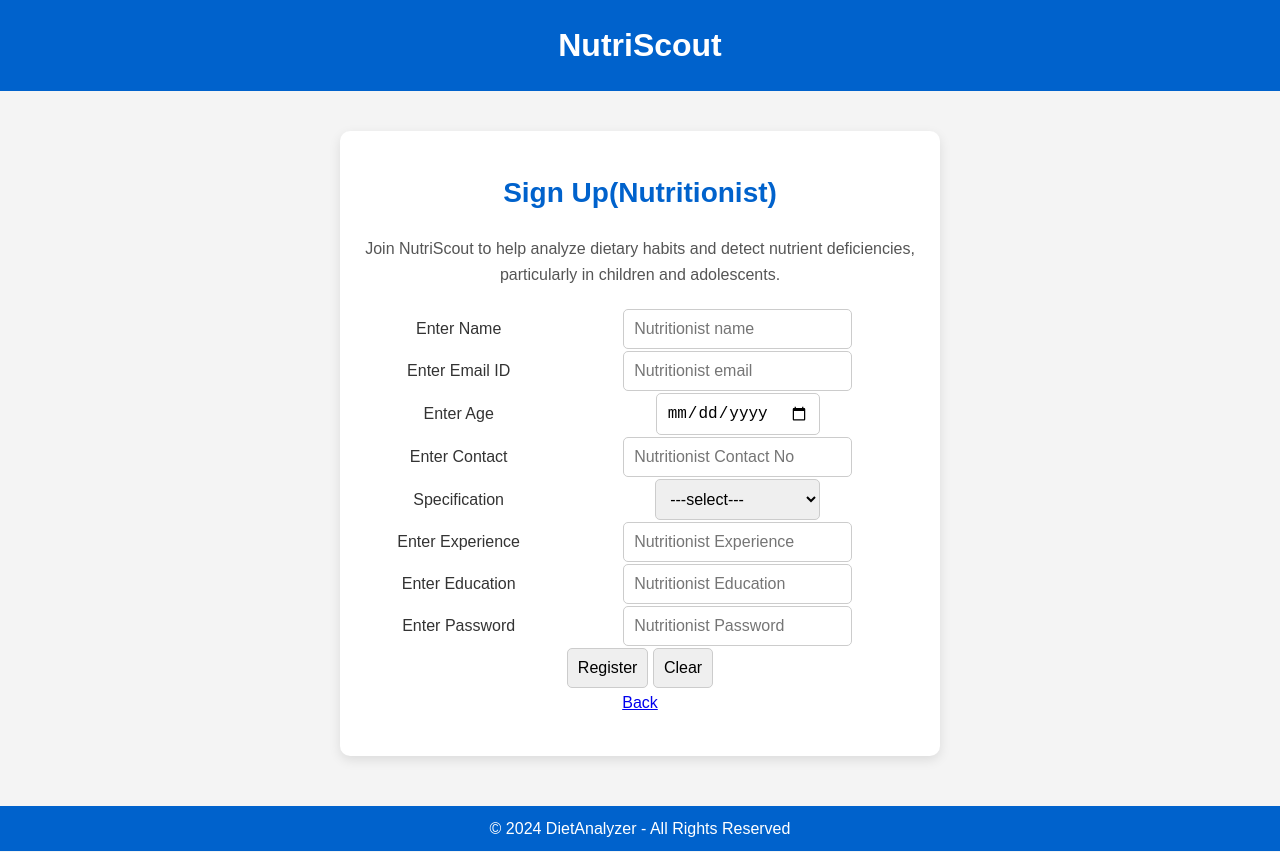
Repository: chaitanyasivathmika/NutrientDiet
Page: http://localhost/NutrientDiet/nusignup.jsp
An editor plug-in stored every save of this project. The page is shown before and after the next save, followed by the edit.
The browser window is 1280 px wide. The pictures show the whole page.
The page is served by Tomcat 10.

Above is the page before, as saved 2024-11-16 16:31:53.

After the next save:
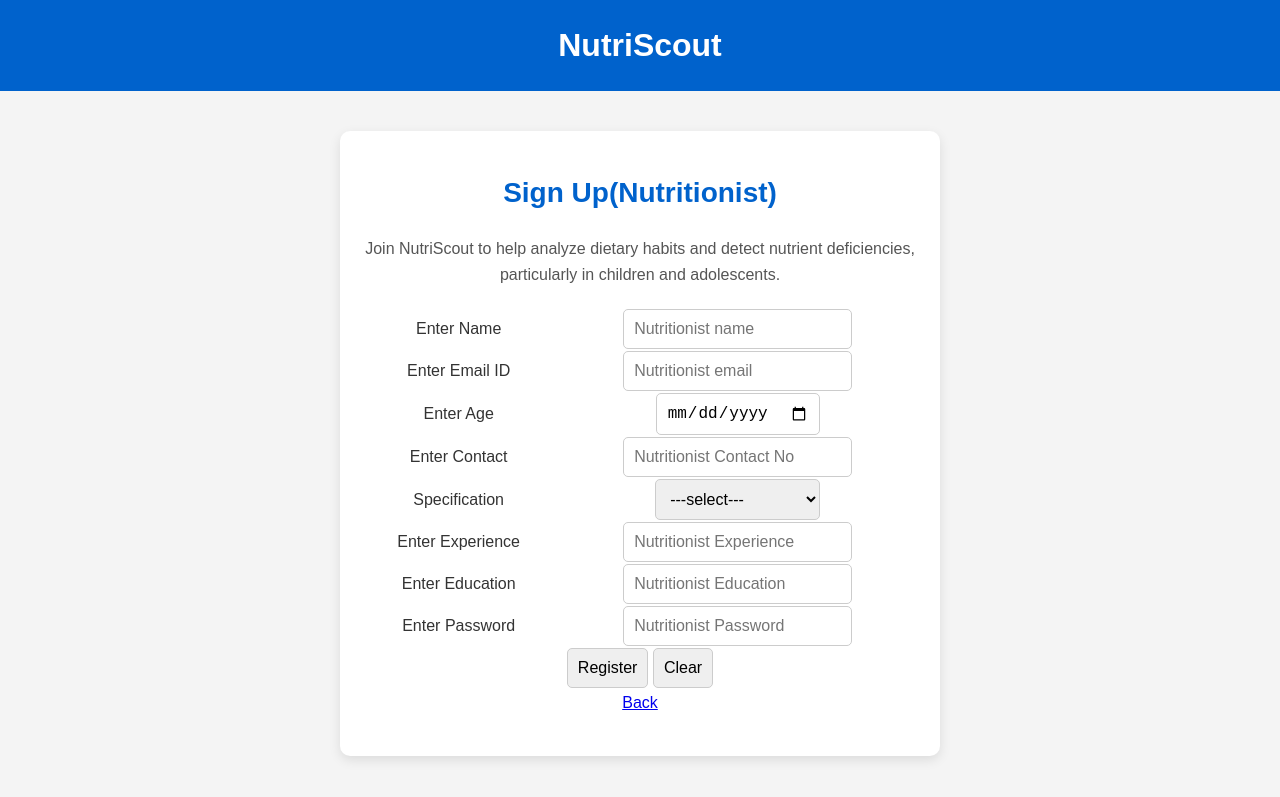
Saved 13 s later.
--- a/NutrientDiet/src/main/webapp/nusignup.jsp
+++ b/NutrientDiet/src/main/webapp/nusignup.jsp
@@ -196,9 +196,5 @@ footer {
             <a href="/">Back</a>
         </section>
     </main>
-
-    <footer>
-        <p>© 2024 DietAnalyzer - All Rights Reserved</p>
-    </footer>
 </body>
 </html>
